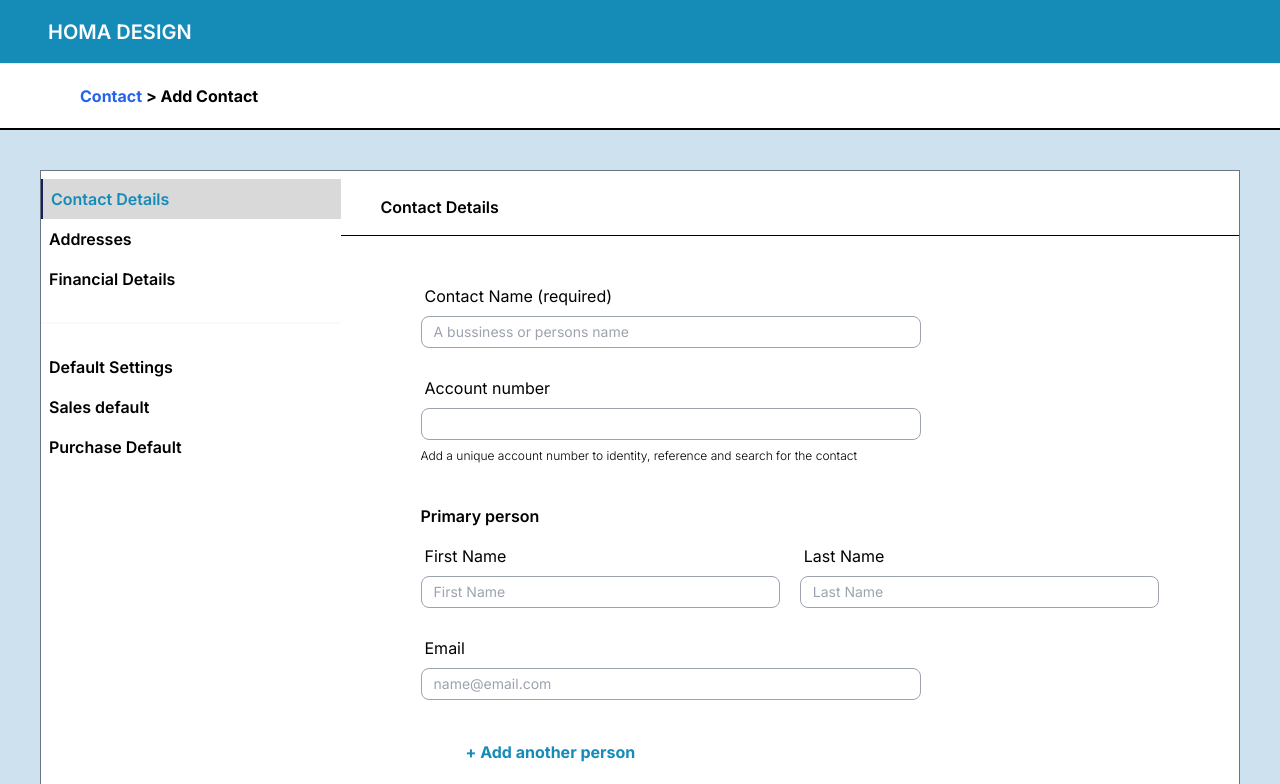
Repository: khairul35/homa-FE
Page: /contact
These files come from the project's save history. The page is drawn as it stood at one moment and after the next save; the edit follows.
The browser window is 1280 px wide. The pictures show the whole page.
An inner scrolling area shows only its first screen. The project was rebuilt for these pictures with package versions that can differ from the ones it lists, and the page was loaded fresh each time. The framework's server and built-in components were replaced by stand-ins that run in the browser. Also part of the build but not shown: next.config.js, app/components/layout/header/BusinessMenu.tsx, app/components/layout/header/CompanyMenu.tsx, app/contact/index.component.tsx.

Above is the page before, as saved 2024-01-06 15:24:50.

After the next save:
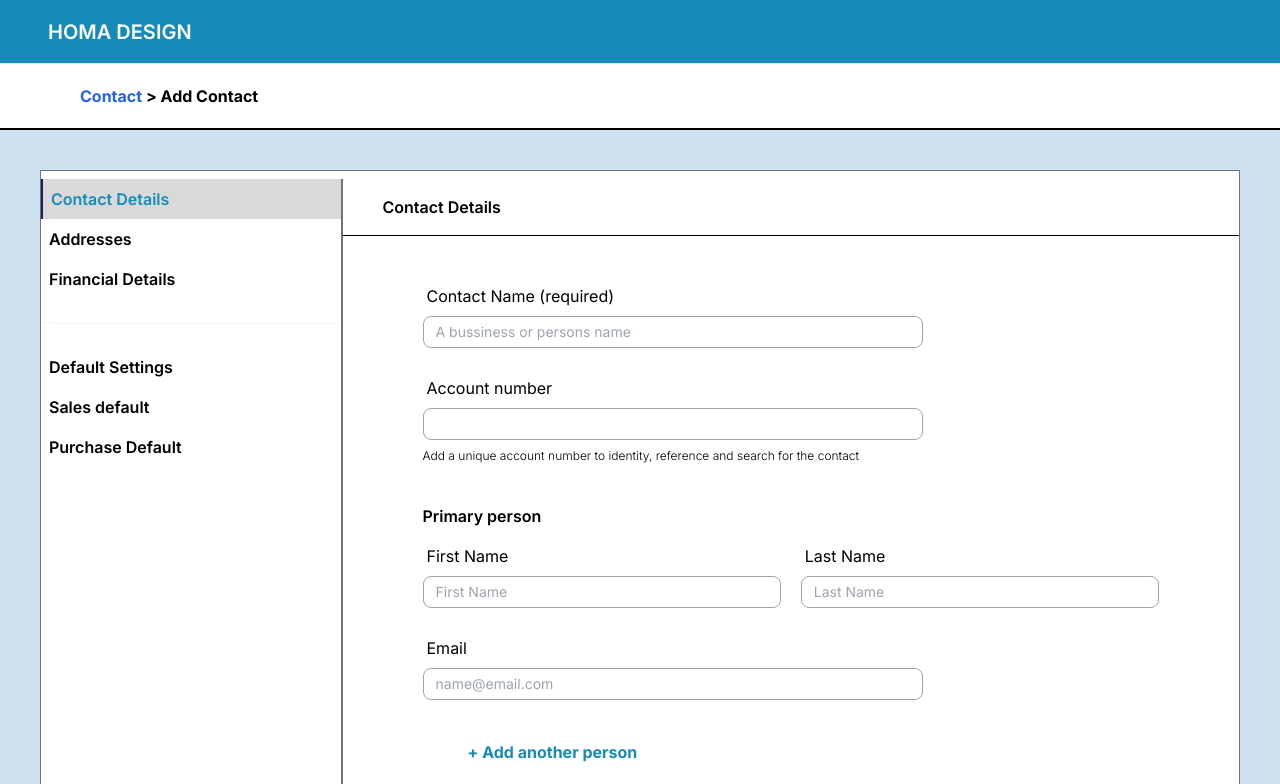
Saved 82 s later.
--- a/app/contact/form/index.component.tsx
+++ b/app/contact/form/index.component.tsx
@@ -97,7 +97,7 @@ const Component = (props: ComponentProps) => {
                         Purchase Default
                     </div>
                 </div>
-                <div className="md:w-3/4 md:order-2">
+                <div className="md:w-3/4 md:order-2 border-l-2 border-gray-500">
                     <DetailComponent />
                 </div>
             </div>
